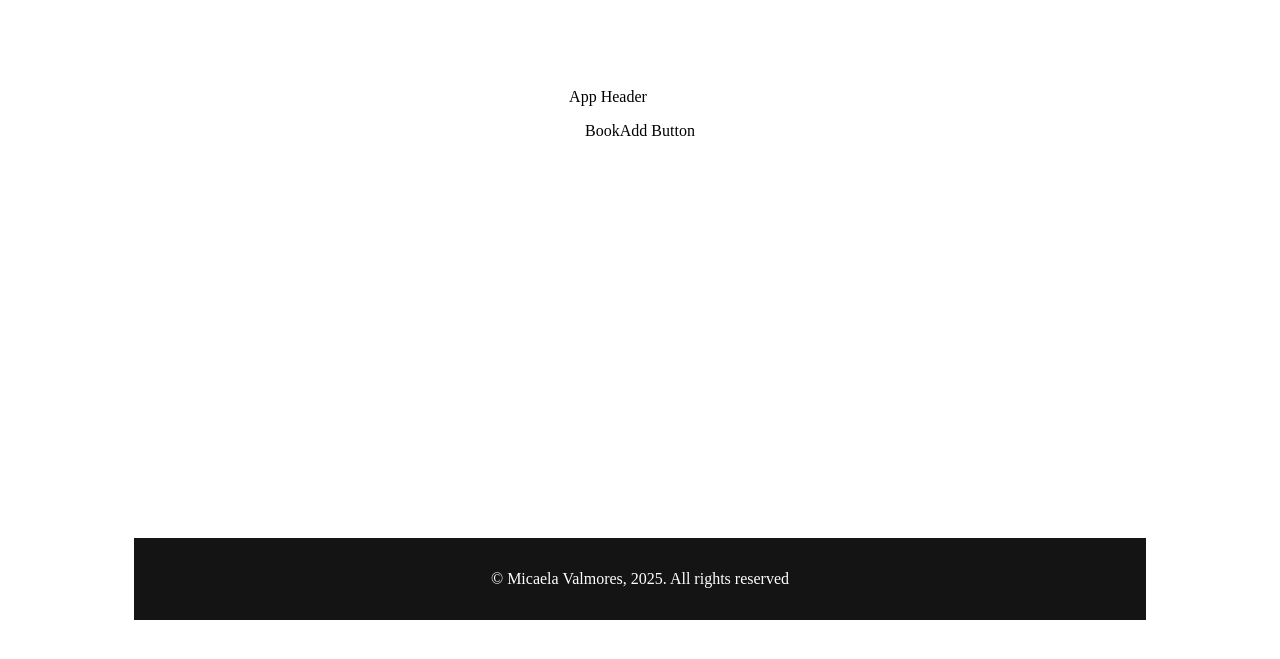
Repository: Micaelavalmores/COMP3170-Data-Fetching
Page: /
These files come from the project's save history. The page is drawn as it stood at one moment and after the next save; the edit follows.
The browser window is 1280 px wide. The pictures show the whole page.
The project was rebuilt for these pictures with package versions that can differ from the ones it lists, and the page was loaded fresh each time. Also part of the build but not shown: vite.config.js.

Above is the page before, as saved 2025-09-22 18:00:21.

After the next save:
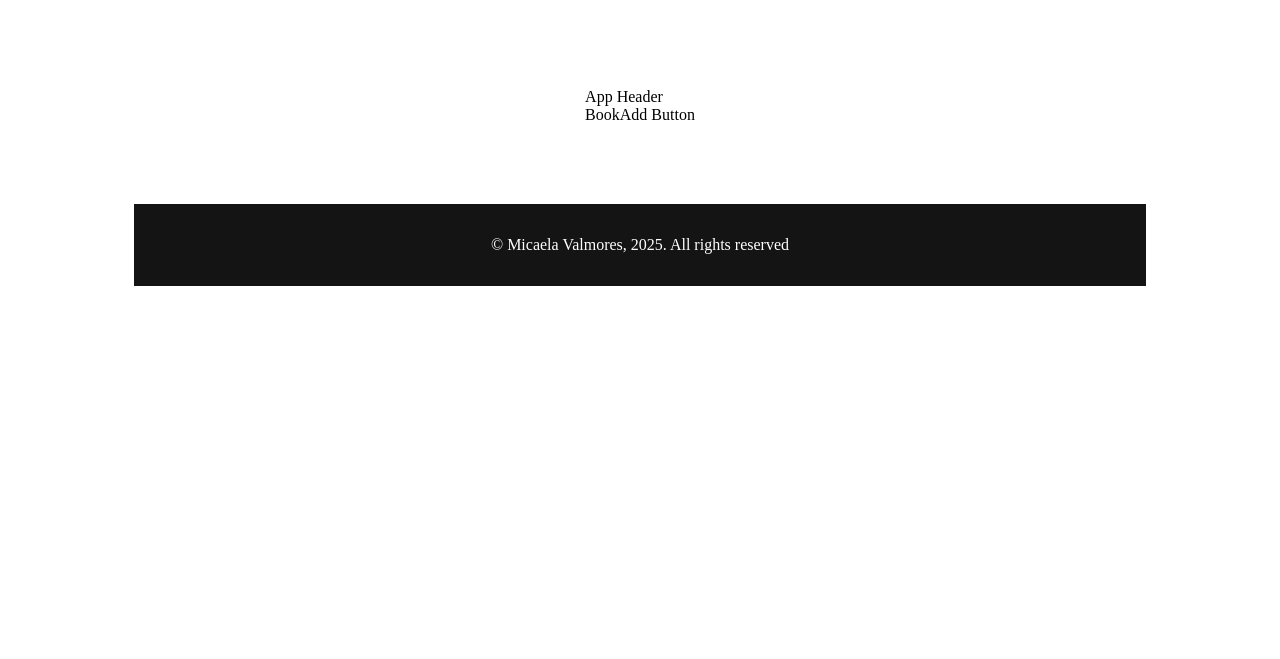
Saved 31 s later.
--- a/src/index.css
+++ b/src/index.css
@@ -25,14 +25,6 @@
     padding: 3em 0;
   }
 
-  .mainContent {
-    height: 20em;
-    width: 100%;
-    /* background: yellow; */
-    padding: 1em;
-    margin: 0;
-    display: flex;
-    justify-content: space-between;
-  }
+
 
 }
